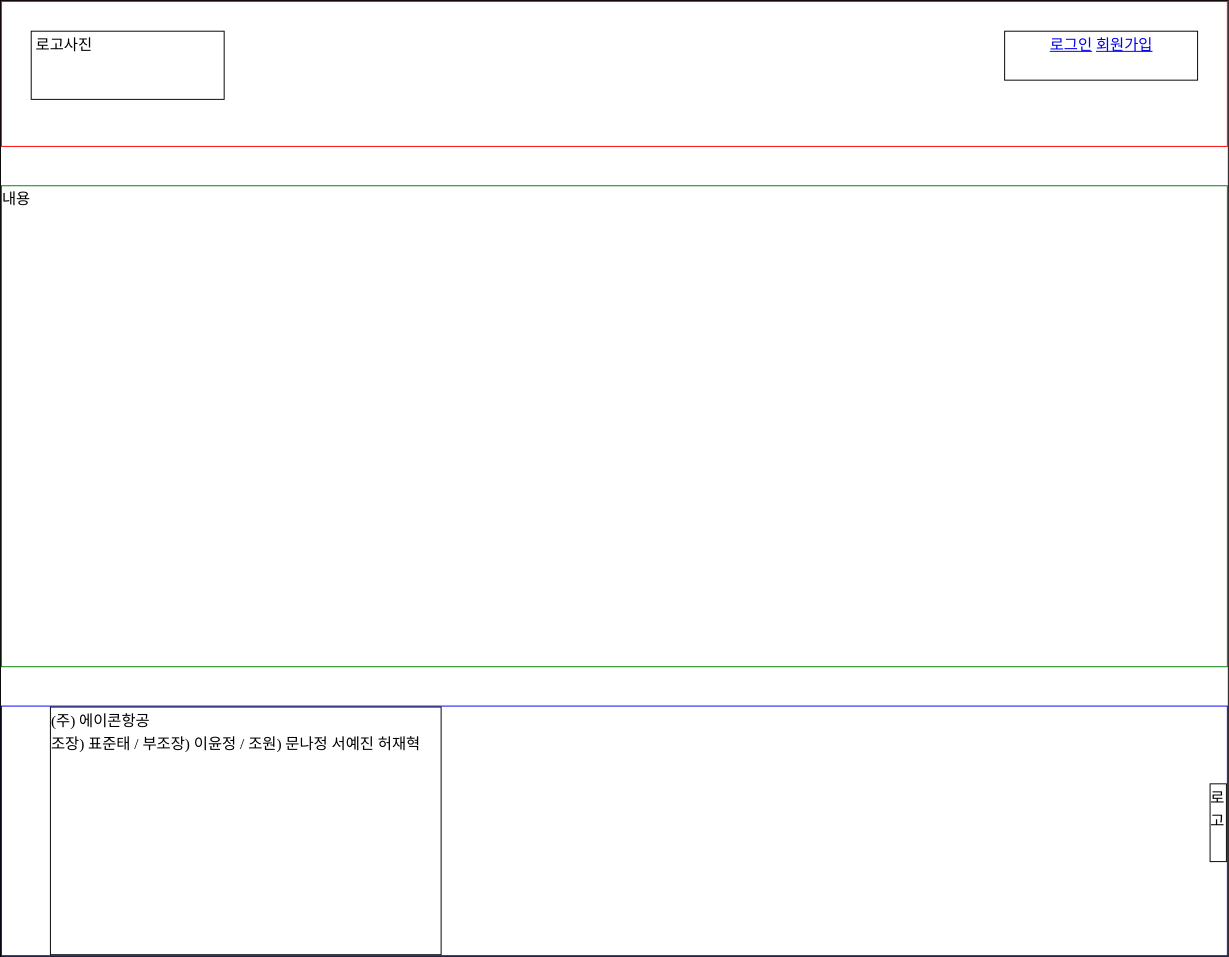
Repository: juntae710/Acorn_AirlineReservation_Project
Page: http://localhost/prj3_1/WEB-INF/views/h_index.jsp
The author's editor kept a copy of each file at every save. The page is drawn from the files as they stood at one save, then again after the next save.
The browser window is 1280 px wide. The pictures show the whole page, at 96% of full size.
The page is served by Tomcat 9. Nobody is signed in. Other server files are loaded and not shown. The template is opened directly, without the code that normally fills it, so the values that code supplies are empty.

Above is the page before, as saved 2023-09-20 01:11:23.

### Eclipse/prj3_1/src/main/webapp/WEB-INF/views/h_index.jsp
<%@ page language="java" contentType="text/html; charset=UTF-8" pageEncoding="UTF-8"%>
<!DOCTYPE html>
<html>
<head>
<meta charset="UTF-8">
<title>Insert title here</title>
<style>
* {
	margin: 0;
}

main {
	border: 1px solid black;
}

header {
	border: 1px solid red;
	height: 150px;
	display: flex;
	position: relative;
}

.headerimg {
	width: 200px;
	height: 70px;
	border: 1px solid black;
	position: absolute;
	left: 30px;
	top: 30px;
}

.headerAtag {
	width: 200px;
	height: 50px;
	border: 1px solid black;
	position: absolute;
	right: 30px;
	top: 30px;
	text-align: center;
}

section {
	border: 1px solid green;
	height: 500px;
	margin-top: 40px;
}

footer {
	border: 1px solid blue;
	height: 259px;
	margin-top: 40px;
	margin-bottom: 0px;
	display: flex;
}


.footer_info{
border: 1px solid black;
margin-left: 50px;
width: 1000px;

}
.footer_img{
border: 1px solid black;
width: 40px;
height: 80px;
margin-left: 800px;
margin-top: 80px;
}
</style>
</head>
<body>
	<main>
		<header>
			<div class="headerimg">
				<img src="" alt=""> 로고사진
			</div>

			<%
			String id = (String) session.getAttribute("id");
			%>

			<div class="headerAtag">
				<%
				if (id == null) {
				%>
				<a href="<%=request.getContextPath()%>/h_login">로그인</a>
				<%
				%>
				<a href="<%=request.getContextPath()%>/l_join">회원가입</a>
				<%
				} else {
				%>
				<p>아이디: <%=id%>님 </p>
				<a href="<%=request.getContextPath()%>/h_logOut">로그아웃</a>
				<a href="<%=request.getContextPath()%>/UUA.do">마이페이지</a>

				<%
				}
				%>
			</div>

		</header>

		<section>내용</section>

		<footer>
		<div class="footer_info">(주) 에이콘항공 <br>
			조장) 표준태 / 부조장) 이윤정 / 조원) 문나정 서예진 허재혁
		 </div>
		<div class="footer_img"><img alt="" src="">로고</div>
		</footer>
	</main>
</body>
</html>

After the next save:
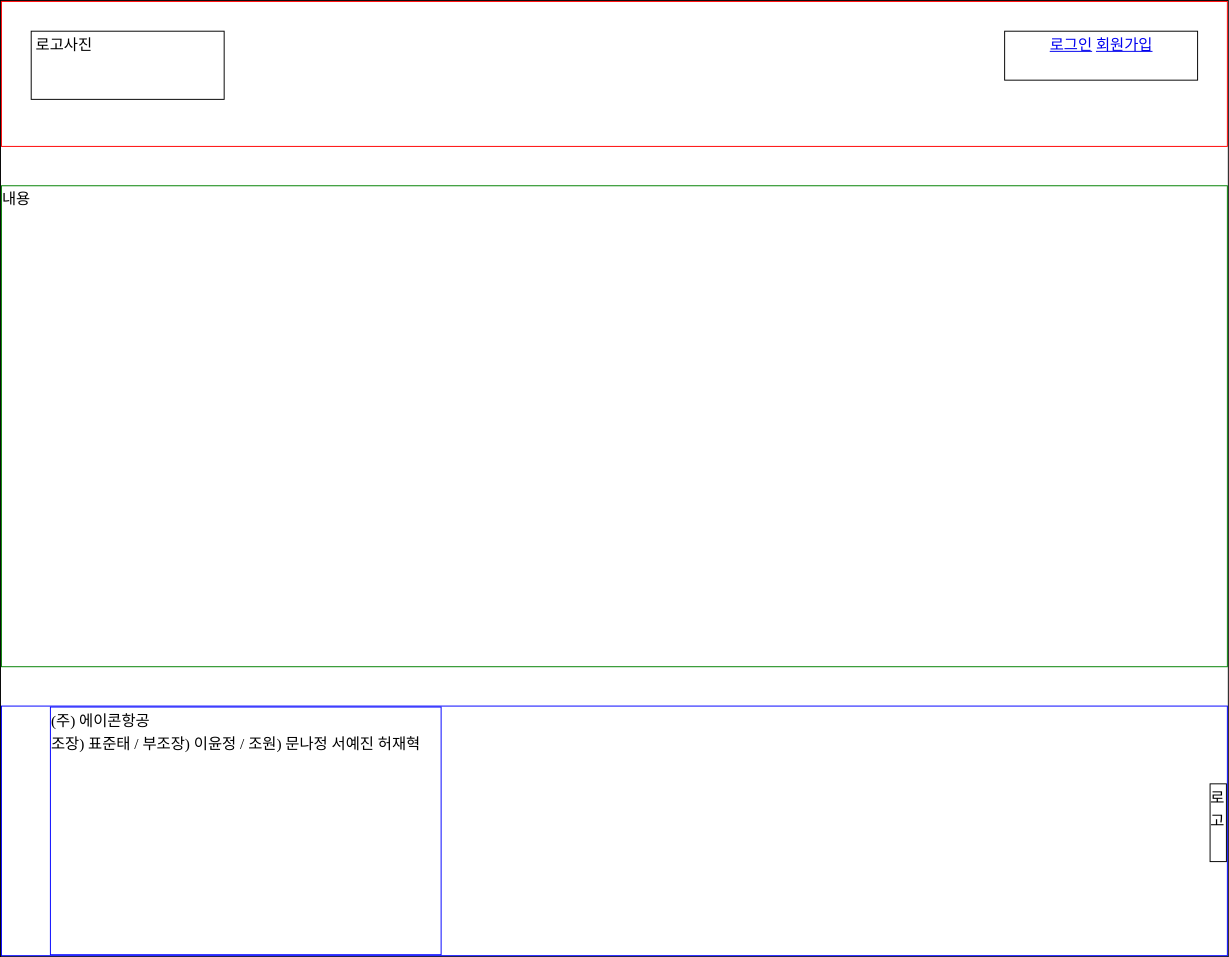
Saved 28 s later.
--- a/Eclipse/prj3_1/src/main/webapp/WEB-INF/views/h_index.jsp
+++ b/Eclipse/prj3_1/src/main/webapp/WEB-INF/views/h_index.jsp
@@ -55,7 +55,7 @@
 
 
 .footer_info{
-border: 1px solid black;
+border: 1px solid blue;
 margin-left: 50px;
 width: 1000px;
 

After the save that followed:
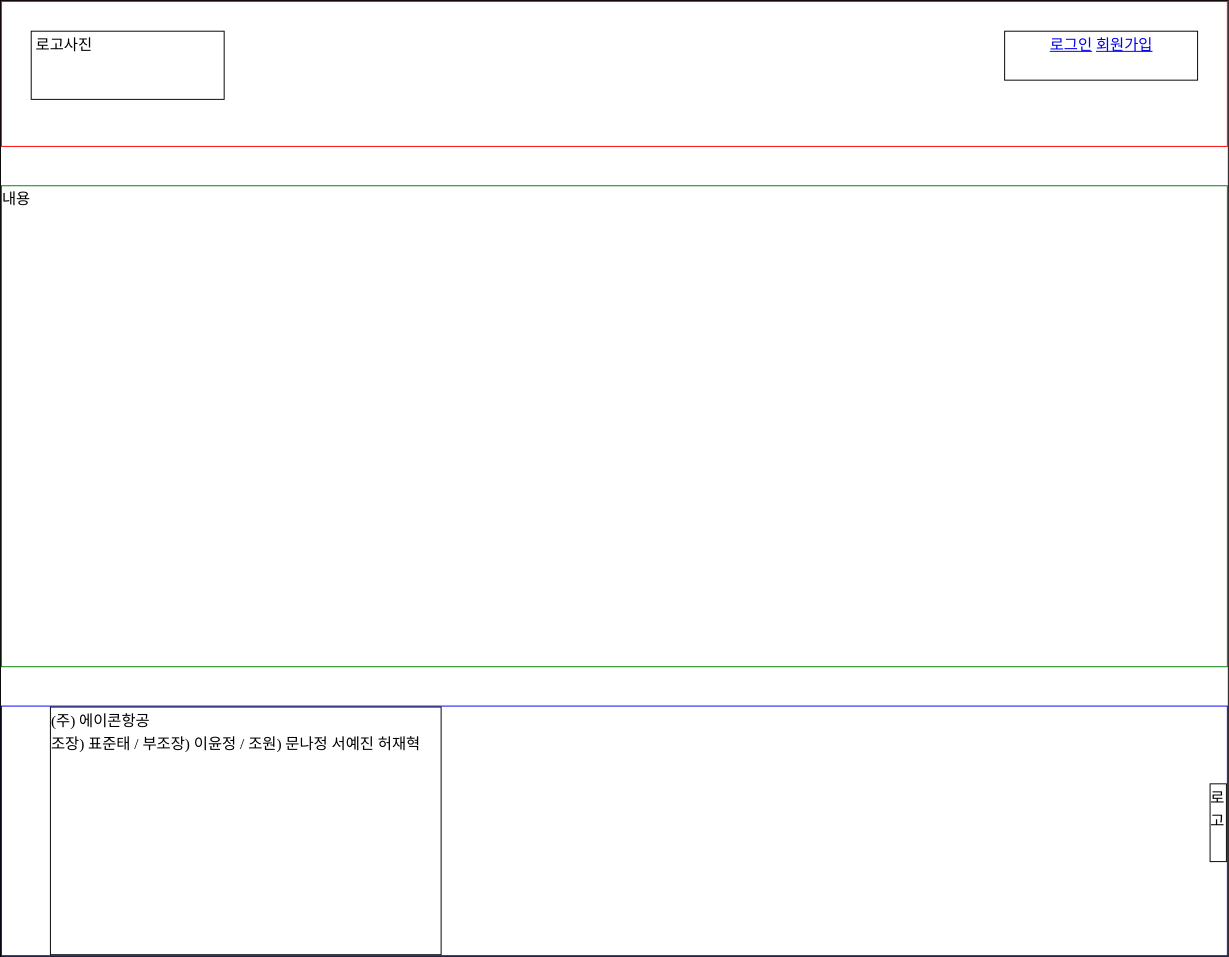
Saved 5 s later.
--- a/Eclipse/prj3_1/src/main/webapp/WEB-INF/views/h_index.jsp
+++ b/Eclipse/prj3_1/src/main/webapp/WEB-INF/views/h_index.jsp
@@ -55,7 +55,7 @@
 
 
 .footer_info{
-border: 1px solid blue;
+border: 1px solid black;
 margin-left: 50px;
 width: 1000px;
 
